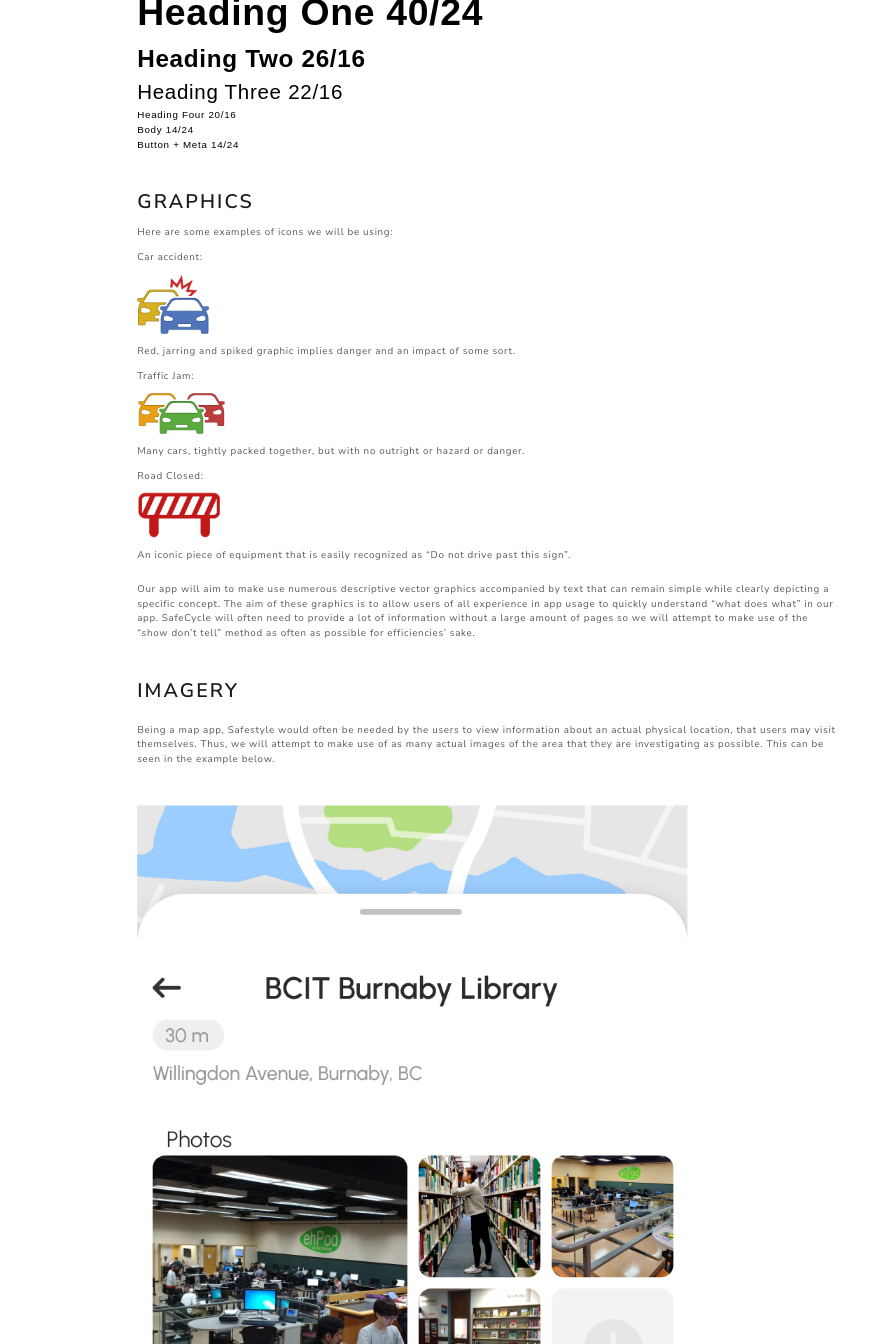
Repository: Aladdin3r/safecycle-styleguide
Page: /
These files come from the project's save history. The page is drawn as it stood at one moment and after the next save; the edit follows.
The browser window is 1280 px wide. The pictures show the part of the page from y = 2744 to 4664 px (the page is 5729 px tall before and 5648 px after), at 70% of full size.
The project was rebuilt for these pictures with package versions that can differ from the ones it lists, and the page was loaded fresh each time. The framework's server and built-in components were replaced by stand-ins that run in the browser. Also part of the build but not shown: next.config.mjs.

Above is the page before, as saved 2024-04-09 22:45:35.

### pages/_app.js
import "@/styles/globals.css";
import "@/styles/bootstrap.min.css";
import { useEffect } from "react";


export default function App({ Component, pageProps }) {

  useEffect(() => {
    require("bootstrap/dist/js/bootstrap.bundle.min.js");
  }, []);
  return <Component {...pageProps} />;
}

### pages/index.js
import Head from "next/head";
import styles from "@/styles/Home.module.css"

export default function Home() {

  return (
    <>
      <Head>
        <title>SafeCycle Styleguide</title>
        <meta name="description"
        content=
        "Created by Rawan Aladdin, Nea Pieroelie, Andrew Turitsa."
       />
        <meta name="viewport" content="width=device-width, initial-scale=1" />
        <link rel="icon" href="/favicon1.svg" />
      </Head>
      <nav class="navbar navbar-expand-lg bg-light sticky-top" data-bs-theme="light">
        <div class="container-fluid">
          <a class="navbar-brand" href="#">SafeCycle</a>
          <button class="navbar-toggler" type="button" data-bs-toggle="collapse" data-bs-target="#navbarColor03" aria-controls="navbarColor03" aria-expanded="false" aria-label="Toggle navigation">
            <span class="navbar-toggler-icon"></span>
          </button>
          <div class="collapse navbar-collapse" id="navbarColor03">
            <ul class="navbar-nav me-auto">
              <li class="nav-item">
                <a class="nav-link active" href="#">Home</a>
              </li>
              <li class="nav-item">
                <a class="nav-link" href="#logo">Logo</a>
              </li>
              <li class="nav-item">
                <a class="nav-link" href="#colours">Colours</a>
              </li>
              <li class="nav-item">
                <a class="nav-link" href="#types">Typography, Imagery, Graphics</a>
              </li>
              <li class="nav-item">
                <a class="nav-link" href="#refs">References</a>
              </li>
            </ul>
          </div>
        </div>
      </nav>
      <main>
      <div class="jumbotron">
        <h1 class="display-3 mt-5 pt-5">SafeCycle</h1>
        <p class="display-4 pb-5">Styleguide</p>
        <hr class="my-5"/>
        <p class="mb-5">Rawan Aladdin, Nea Pieroelie, Andrew Turitsa</p>
        <p class="lead mb-5">
          <a class="btn btn-primary btn-lg my-5" href="#logo" role="button">Start the guide</a>
        </p>
      </div>
      <div id="logo" class="p-4">
        <h2 class="p-2 mt-3">Logo Design</h2>
        <p class="p-3">
          Logo font choice: DIN condensed bold
          colours: #F0983F orange #911C12 red #AD5C0A pale orange
        </p>
        <div class="container">
          <div class="card-group">
              <div class="row">
                <div className="col-sm-4">
                  <div class="bg-primary card text-white mb-3" className={styles.card}>
                    <div class="card-body">
                      <h4 class="card-title">Full-colour logo</h4>
                      <img class="card-img-top" src="/fullcolourlogo.svg" alt="full-colour logo"></img>
                      <p class="card-text">Some quick example text to build on the card title and make up the bulk of the card's content. blah blah blah</p>
                    </div>
                  </div>
                </div>

                <div className="col-sm-4">
                  <div class="bg-primary card text-white mb-3" className={styles.card}>
                  <div class="card-body">
                    <h4 class="card-title">Black and white Logo</h4>
                    <img class="card-img-top" src="/blackandwhitelogo.svg" alt="black and white logo"></img>
                    <p class="card-text">Some quick example text to build on the card title and make up the bulk of the card's content.</p>
                  </div>
                  </div>
                </div>

                <div className="col-sm-4">
                  <div class="bg-primary card text-white mb-3" className={styles.card}>
                  <div class="card-body">
                    <h4 class="card-title">Greyscale Logo</h4>
                    <img class="card-img-top" src="/greyscalelogo.svg" alt="greyscale logo"></img>
                    <p class="card-text">Some quick example text to build on the card title and make up the bulk of the card's content.</p>
                  </div>
                  </div>
                </div>

              </div>

              <div class="row">
                <div className="col-sm-4">
                  <div class="bg-primary card text-white mb-3" className={styles.card}>
                    <div class="card-body">
                      <h4 class="card-title">Monochromatic logo</h4>
                      <img class="card-img-top" src="/monochromatic.svg" alt="Monochromatic logo"></img>
                      <p class="card-text">Some quick example text to build on the card title and make up the bulk of the card's content. blah blah blah</p>
                    </div>
                  </div>
                </div>

                <div className="col-sm-4">
                  <div class="bg-primary card text-white mb-3" className={styles.card}>
                  <div class="card-body">
                    <h4 class="card-title">Horizontal version of full-colour Logo</h4>
                    <img class="card-img-top" src="/horizontalfullcolour.svg" alt="horizontal full colour logo"></img>
                    <p class="card-text">Some quick example text to build on the card title and make up the bulk of the card's content.</p>
                  </div>
                  </div>

              </div>

              <div className="col-sm-4">
                <div class="bg-primary card  text-white mb-3" className={styles.card}>
                <div class="card-body">
                  <h4 class="card-title">Stacked/vertical version of full-colour Logo</h4>
                  <img class="card-img-top" src="/verticalfullcolour.svg" alt="stacked/vertical colour logo"></img>
                  <p class="card-text">Some quick example text to build on the card title and make up the bulk of the card's content.</p>
                </div>
                </div>
              </div>
            </div>
            <div class="row">
                <div className="col-sm-4">
                  <div class="bg-primary card text-white mb-3" className={styles.card}>
                    <div class="card-body z-3">
                      <h4 class="card-title">16x16px Favicon</h4>
                      <img class="card-img-top" src="/favicon1.svg" alt="xs favicon"></img>
                      <p class="card-text">Some quick example text to build on the card title and make up the bulk of the card's content. blah blah blah</p>
                    </div>
                  </div>
                </div>

                <div className="col-sm-4">
                  <div class="bg-primary card  text-white mb-3" className={styles.card}>
                  <div class="card-body">
                    <h4 class="card-title">32x32px Favicon</h4>
                    <img class="card-img-top" src="/favicon2.svg" alt="small favicon"></img>
                    <p class="card-text">Some quick example text to build on the card title and make up the bulk of the card's content.</p>
                  </div>
                  </div>

              </div>

              <div className="col-sm-4">
                <div class="bg-primary card text-white mb-3" className={styles.card}>
                <div class="card-body">
                  <h4 class="card-title">48x48px Favicon</h4>
                  <img class="card-img-top" src="/favicon3.svg" alt="normal favicon"></img>
                  <p class="card-text">Some quick example text to build on the card title and make up the bulk of the card's content.</p>
                </div>
                </div>
              </div>
            </div>
          </div>
        </div>
      </div>
      <div id="colours" class="p-4">
        <h2 class="p-2">Colour Palette, Colour Accessibility</h2>
        <div class="container">

        </div>
      </div>
      <div id="types" class="p-4">
        <h2 class="p-2">Typography, Imagery, Graphics</h2>
        <div class="container">
        <p className={styles.typo_desc} class="p-3">
        The fonts used in SafeCycle will be a blend of Urbanist and Sarabun. They are both sans serif fonts that are not too fancy but also not too rigid and boring. We believe that these fonts have a charming blend of simple, practical functionality and the calming, welcoming feel of a guidance application.  The characters of the Urbanist font are slightly more block-like, so this font will be used primary for heading and standalone words or phrases. Sarabun's characters on the other hand have a more natural curves and shaped, so this more elegant font will be used for body text and paragraphs.
        </p>
        <div className={styles.h1Typo}>Heading One 40/24</div>
        <div className={styles.h2Typo}>Heading Two 26/16</div>
        <div className={styles.h3Typo}>Heading Three 22/16</div>
        <div className={styles.h4Typo}>Heading Four 20/16</div>
        <div className={styles.BodyTypo}>Body 14/24</div>
        <div className={styles.ButtonMetaTypo}>Button + Meta 14/24</div>
        <h2 className={styles.graphicTitle}>GRAPHICS</h2>
        <div className={styles.graphicName}>Here are some examples of icons we will be using:</div>
        <div className={styles.graphicName}>Car accident:</div>
        <img className={styles.carCrash} src="/carCrash.png" alt="Car Accident"></img>
        <div className={styles.graphicDesc}>Red, jarring and spiked graphic implies danger and an impact of some sort.</div>
        <div className={styles.graphicName}>Traffic Jam:</div>
        <img className={styles.traffic} src="/traffic.png" alt="Traffic"></img>
        <div className={styles.graphicDesc}>Many cars, tightly packed together, but with no outright or hazard or danger.</div>
        <div className={styles.graphicName}>Road Closed:</div>
        <img className={styles.RoadClosed} src="/RoadClosed.png" alt="Raod Closed"></img>
        <div className={styles.graphicDesc}>An iconic piece of equipment that is easily recognized as “Do not drive past this sign”.</div>
        <div className={styles.graphicExpl}>Our app will aim to make use numerous descriptive vector graphics accompanied by text that can remain simple while clearly depicting a specific concept. The aim of these graphics is to allow users of all experience in app usage to quickly understand “what does what” in our app. SafeCycle will often need to provide a lot of information without a large amount of pages so we will attempt to make use of the “show don’t tell” method as often as possible for efficiencies’ sake.</div>
        <h2 className={styles.graphicTitle}>IMAGERY</h2>
        <div className={styles.graphicExpl}>Being a map app, Safestyle would often be needed by the users to view information about an actual physical location, that users may visit themselves. Thus, we will attempt to make use of as many actual images of the area that they are investigating as possible. This can be seen in the example below.</div>
        <img className={styles.locationPage} src="/locationPage.png" alt="Location Page"></img>


        </div>
        </div>
      <div id="refs" class="p-4">
        <h2 class="p-2">References</h2>
        <div class="container">

        </div>
      </div>
      </main>
    </>
  );
}

### styles/Home.module.css
.main {
  display: flex;
  flex-direction: column;
  justify-content: space-between;
  align-items: center;
  padding: 6rem;
  min-height: 100vh;
}
.card{
  max-width: 30em;
}

.typo_desc{
  /* margin-left: -14.5em; */
  margin-left: 10%;

}
.h1Typo {
  font-family: "Urbanist", sans-serif;
  font-style: bold;
  font-size: 40pt;
  font-weight: 900;
  color: black;
  /* margin-left: -4em; */
  margin-left: 10%;
}
.h2Typo {
  font-family: "Urbanist", sans-serif;
  font-style: bold;
  font-size: 26pt;
  font-weight: 600;
  color: black;
  /* margin-left: -6em; */
  margin-left: 10%;
}
.h3Typo {
  font-family: "Urbanist", sans-serif;
  font-style: bold;
  font-size: 22pt;
  font-weight: 500;
  color: black;
  /* margin-left: -7em; */
  margin-left: 10%;
}
.h4Typo {
  font-family: "Urbanist", sans-serif;
  font-style: bold;
  font-size: 20;
  font-weight: 500;
  color: black;
  /* margin-left: -14.5em; */
  margin-left: 10%;
}

.BodyTypo {
  font-family: "Sarabun", sans-serif;
  font-weight:500;
  font-style: normal;
  color: black;
  font-size: 18;
  /* margin-left: -14.5em; */
  margin-left: 10%;
}
.ButtonMetaTypo {
  font-family: "Sarabun", sans-serif;
  font-weight:500;
  font-style: normal;
  color: black;
  font-size: 18;
  /* margin-left: -14.5em; */
  margin-left: 10%;
}
.graphicTitle{
  margin-top: 2em;
  /* margin-left: -7em; */
  margin-left: 10%;
}
.carCrash{
  margin-top: 1em;
  /* margin-left: -14em; */
  margin-left: 10%;
}

.graphicDesc{
  margin-top: 1em;
  /* margin-left: -14em; */
  margin-left: 10%;
}

.graphicName{
  margin-top: 1em;
  /* margin-left: -14em; */
  margin-left: 10%;
}

.graphicExpl{
  margin-top: 2em;
  margin-bottom: 2em;
  /* margin-left: -14em; */
  margin-left: 10%;
}

.traffic{
  margin-top: 1em;
  /* margin-left: -14em; */
  margin-left: 10%;
}

.RoadClosed{
  margin-top: 1em;
  /* margin-left: -14em; */
  margin-left: 10%;
}

.locationPage{
  margin-top: 2em;
    /* margin-left: -14em; */
    margin-left: 10%;
}

Loaded but not shown: pages/_document.js (common file); styles/globals.css (common file); styles/bootstrap.min.css (library)

After the next save:
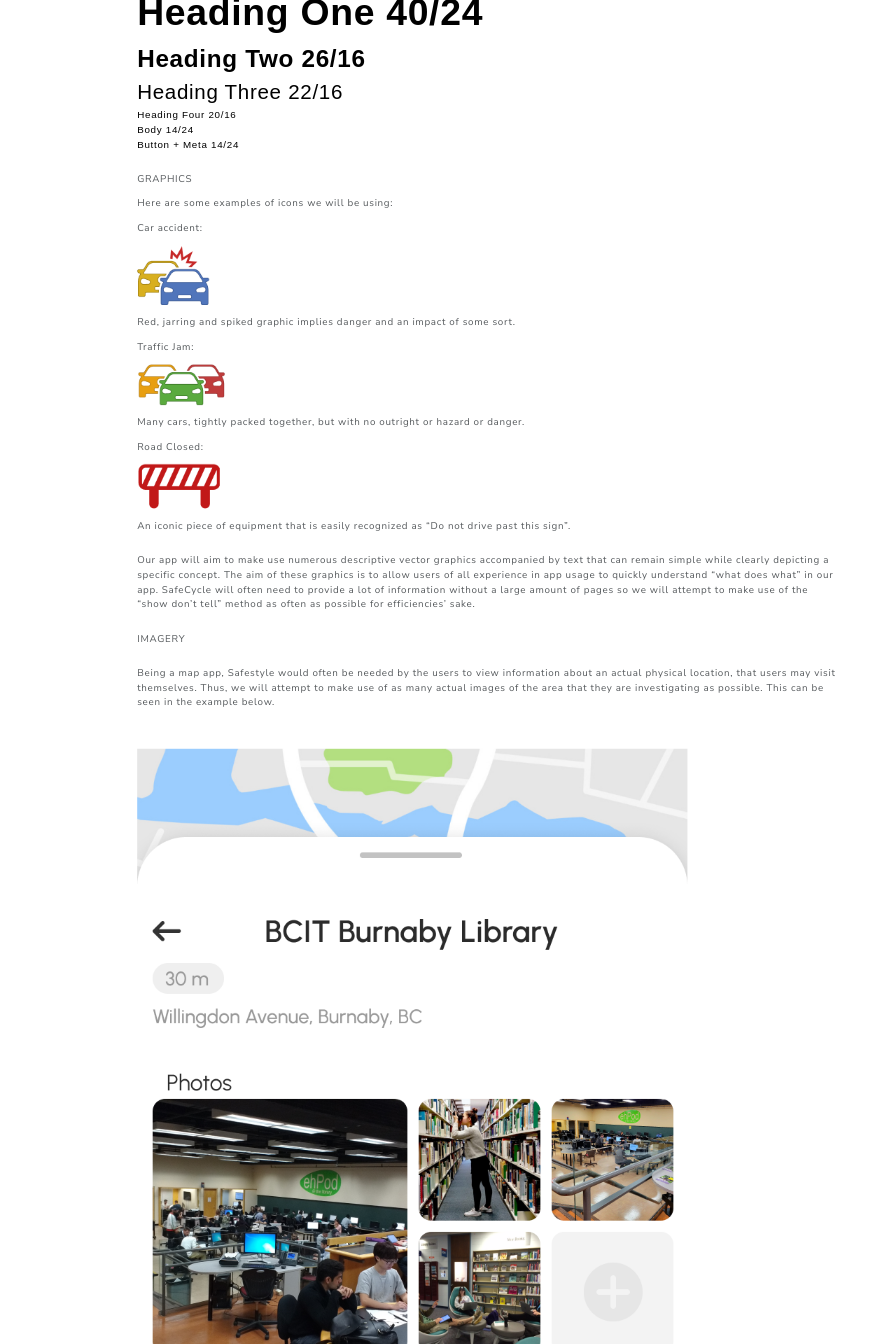
Saved 100 s later.
--- a/pages/index.js
+++ b/pages/index.js
@@ -177,7 +177,7 @@
         <div className={styles.h4Typo}>Heading Four 20/16</div>
         <div className={styles.BodyTypo}>Body 14/24</div>
         <div className={styles.ButtonMetaTypo}>Button + Meta 14/24</div>
-        <h2 className={styles.graphicTitle}>GRAPHICS</h2>
+        <div className={styles.graphicTitle}>GRAPHICS</div>
         <div className={styles.graphicName}>Here are some examples of icons we will be using:</div>
         <div className={styles.graphicName}>Car accident:</div>
         <img className={styles.carCrash} src="/carCrash.png" alt="Car Accident"></img>
@@ -189,7 +189,7 @@
         <img className={styles.RoadClosed} src="/RoadClosed.png" alt="Raod Closed"></img>
         <div className={styles.graphicDesc}>An iconic piece of equipment that is easily recognized as “Do not drive past this sign”.</div>
         <div className={styles.graphicExpl}>Our app will aim to make use numerous descriptive vector graphics accompanied by text that can remain simple while clearly depicting a specific concept. The aim of these graphics is to allow users of all experience in app usage to quickly understand “what does what” in our app. SafeCycle will often need to provide a lot of information without a large amount of pages so we will attempt to make use of the “show don’t tell” method as often as possible for efficiencies’ sake.</div>
-        <h2 className={styles.graphicTitle}>IMAGERY</h2>
+        <div className={styles.graphicTitle}>IMAGERY</div>
         <div className={styles.graphicExpl}>Being a map app, Safestyle would often be needed by the users to view information about an actual physical location, that users may visit themselves. Thus, we will attempt to make use of as many actual images of the area that they are investigating as possible. This can be seen in the example below.</div>
         <img className={styles.locationPage} src="/locationPage.png" alt="Location Page"></img>
 
